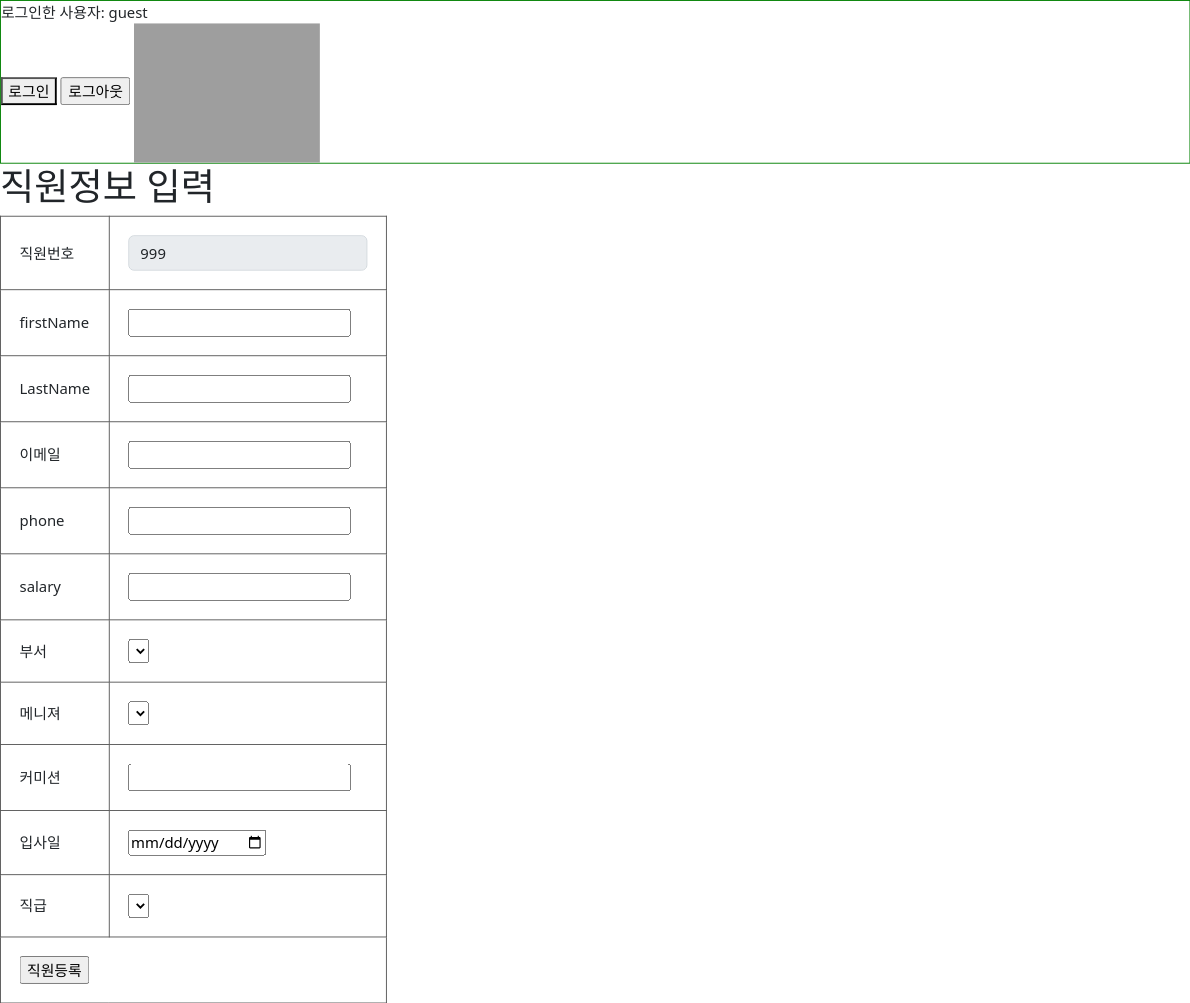
Repository: leessol/spring1
Page: http://localhost/springMVCProject/WEB-INF/views/dept/deptInset.jsp
An editor plug-in stored every save of this project. The page is shown before and after the next save, followed by the edit.
The browser window is 1280 px wide. The pictures show the whole page, at 93% of full size.
Pictures or frames that could not be fetched are drawn as grey boxes. The page is served by Tomcat 9. Nobody is signed in. The template is opened directly, without the code that normally fills it, so the values that code supplies are empty.

Above is the page before, as saved 2023-05-08 03:31:00.

After the next save:
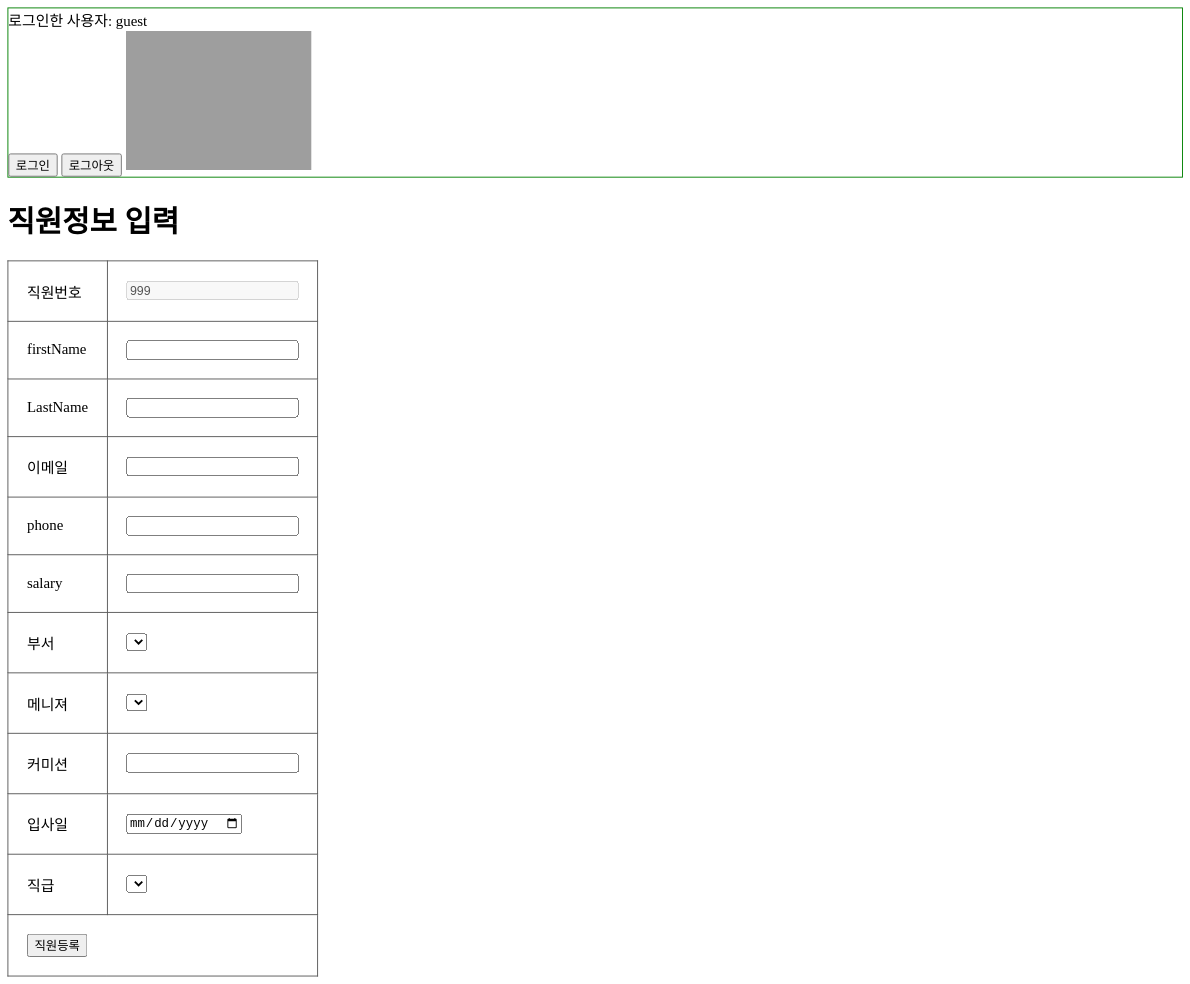
Saved 27 s later.
--- a/springMVCProject/src/main/webapp/WEB-INF/views/dept/deptInset.jsp
+++ b/springMVCProject/src/main/webapp/WEB-INF/views/dept/deptInset.jsp
@@ -7,8 +7,8 @@
 <head>
 <meta charset="UTF-8">
 <title>직원등록</title>
-<%@ include file ="../common/commonfiles.jsp" %>
-
+<%-- <%@ include file ="../common/commonfiles.jsp" %>
+ --%>
 
 <style>
 table{
